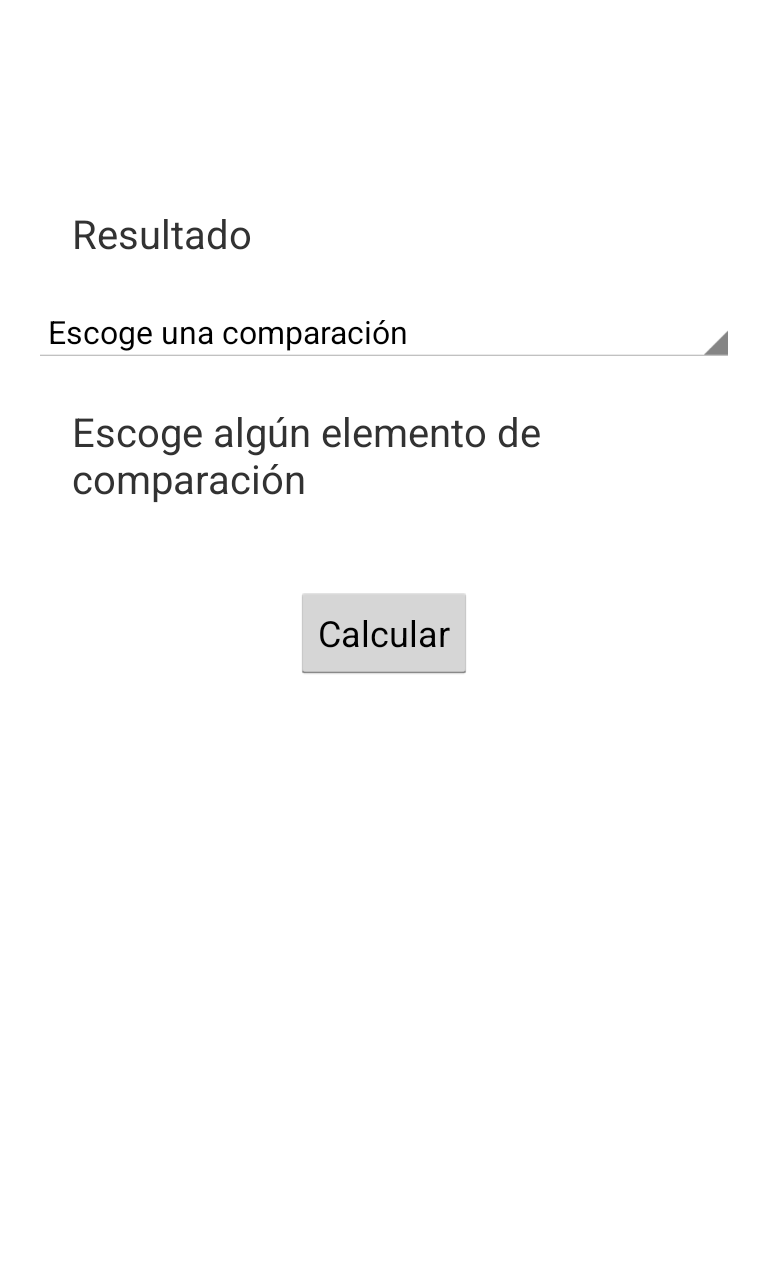
Repository: Jumax9/myPersonalNewton
Layout: MyPersonalNewton/res/layout/result.xml
The author's editor kept a copy of each file at every save. The layout is drawn from the files as they stood at one save, then again after the next save.
It is drawn on a 768 x 1280 px phone screen (xhdpi) without system bars, with theme AppTheme; the app's code is not run.

Above is the layout before, as saved 2014-03-15 13:56:49.

After the next save:
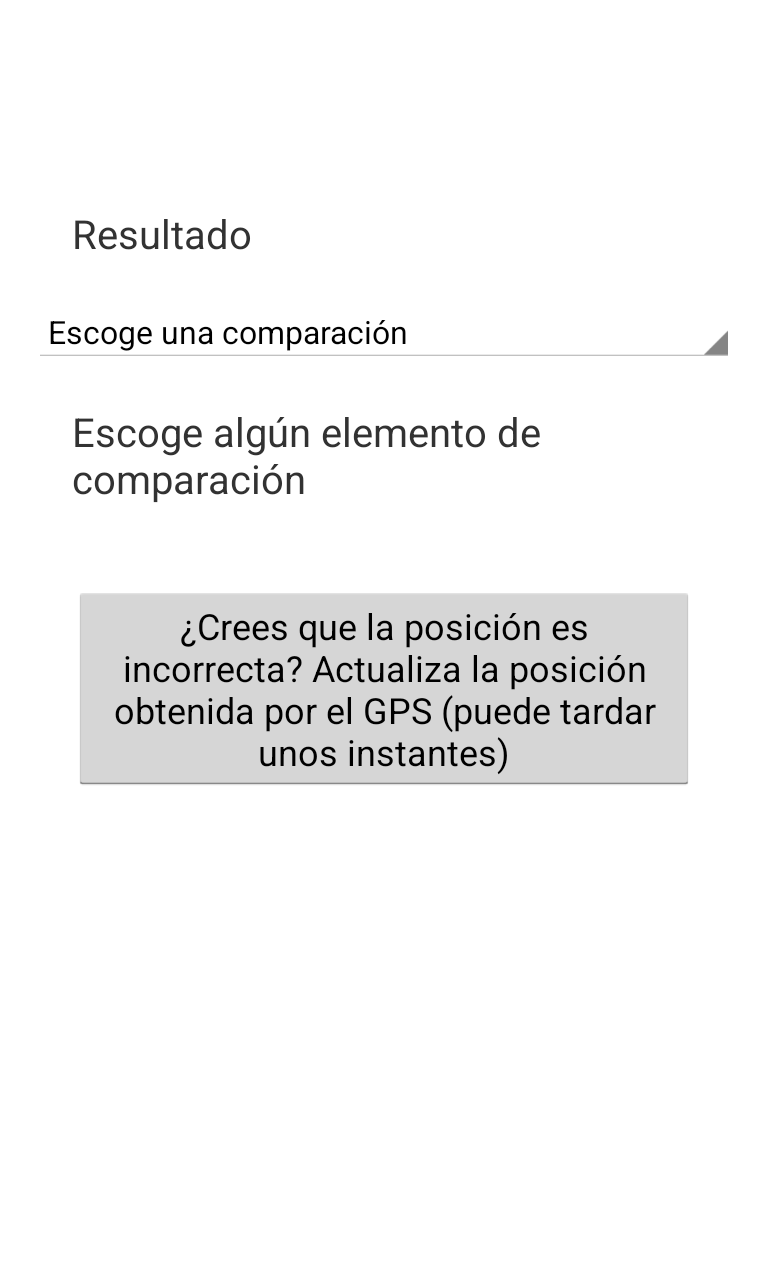
Saved 3 s later.
--- a/MyPersonalNewton/res/layout/result.xml
+++ b/MyPersonalNewton/res/layout/result.xml
@@ -48,12 +48,12 @@
         </TextView>
 
         <Button
-            android:id="@+id/calcular"
+            android:id="@+id/refrescar"
             android:layout_width="wrap_content"
             android:layout_height="wrap_content"
             android:layout_gravity="center"
             android:layout_margin="20dp"
-            android:text="@string/calcular" />
+            android:text="@string/refrescar" />
 
     </LinearLayout>
 
